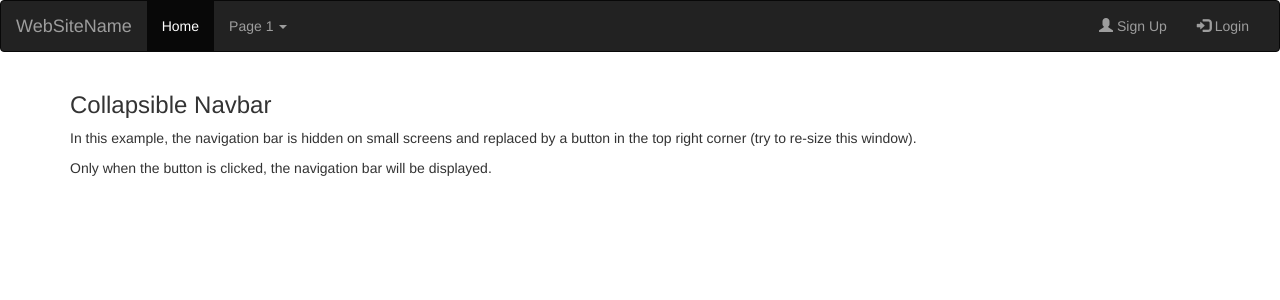
Repository: prathmeshgodbole/Web_Development
Page: Mobile_tracker/Installation.html
The author's editor kept a copy of each file at every save. The page is drawn from the files as they stood at one save, then again after the next save.
The browser window is 1280 px wide. The pictures show the whole page.

Above is the page before, as saved 2020-03-08 12:13:02.

After the next save:
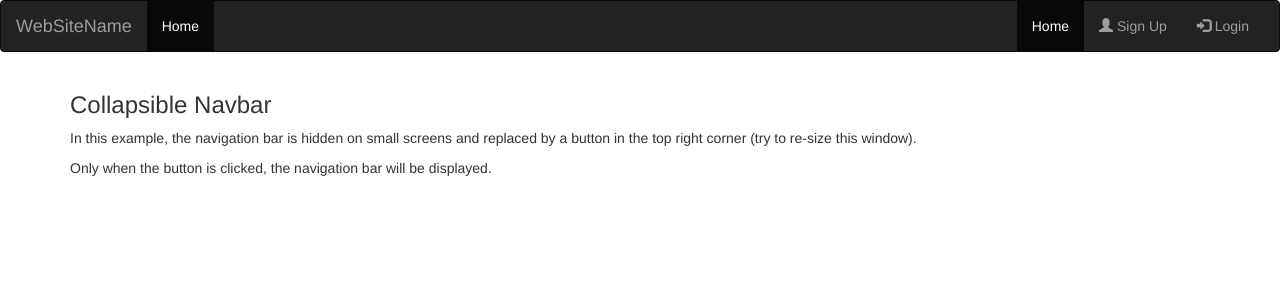
Saved 32 s later.
--- a/Mobile_tracker/Installation.html
+++ b/Mobile_tracker/Installation.html
@@ -25,13 +25,10 @@
             <div class="collapse navbar-collapse" id="myNavbar">
                 <ul class="nav navbar-nav">
                     <li class="active"><a href="#">Home</a></li>
-                    <li class="dropdown">
-                        <a class="dropdown-toggle" data-toggle="dropdown" href="#">Page 1 <span class="caret"></span></a>
-
-                    </li>
 
                 </ul>
                 <ul class="nav navbar-nav navbar-right">
+                    <li class="active"><a href="#">Home</a></li>
                     <li><a href="#"><span class="glyphicon glyphicon-user"></span> Sign Up</a></li>
                     <li><a href="#"><span class="glyphicon glyphicon-log-in"></span> Login</a></li>
                 </ul>
